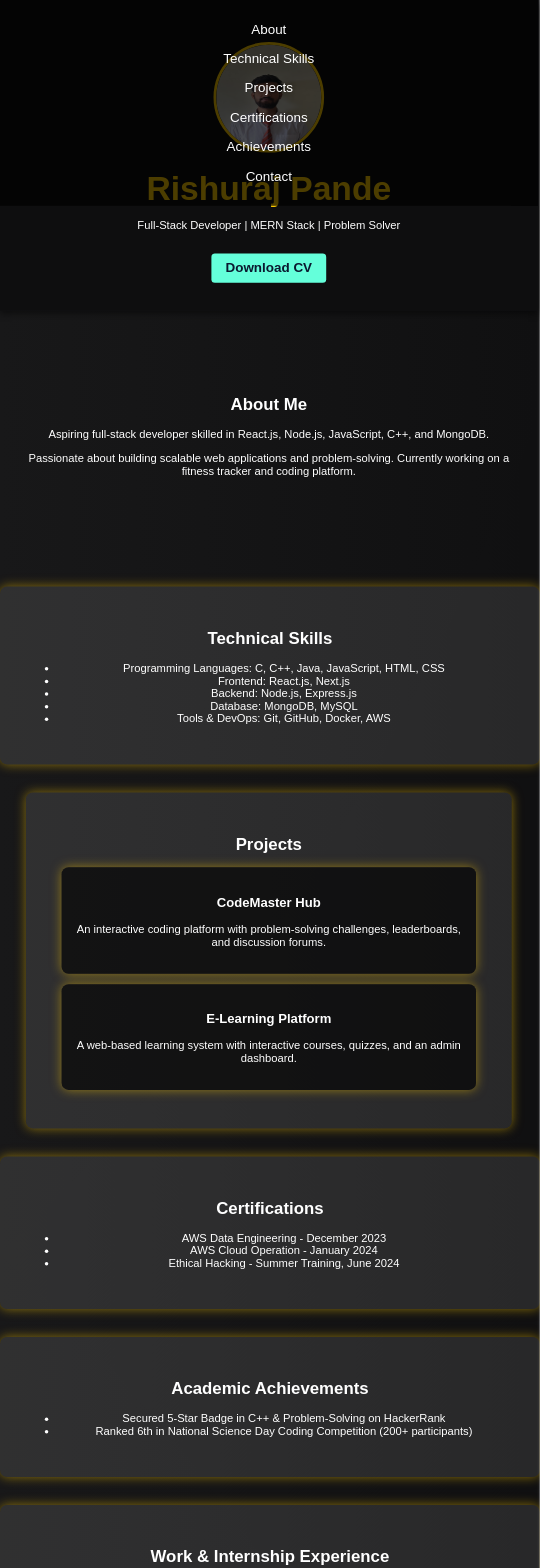
Repository: Rishuraj-Pandey/portfolio
Page: index.html
An editor plug-in stored every save of this project. The page is shown before and after the next save, followed by the edit.
The browser window is 768 px wide. The page is 771 px wide, then 768 px, then 771 px, so the pictures cover 771 px, including what lies to the right of the window. The pictures show the part of the page from y = 0 to 2240 px (the page is 2866 px tall), at 70% of full size.

Above is the page before, as saved 2025-03-22 01:32:35.

### index.html
<!DOCTYPE html>
<html lang="en">
<head>
    <meta charset="UTF-8">
    <meta name="viewport" content="width=device-width, initial-scale=1.0">
    <title>Pande Rishuraj Manoj - Portfolio</title>
    <link rel="stylesheet" href="style.css">
</head>
<body>
    <header>
        <img src="profile.jpg.jpg" alt="Profile Picture" class="profile-pic">
        <h1> Rishuraj Pande</h1>
        <p>Full-Stack Developer | MERN Stack | Problem Solver</p>
        <a href="resume.pdf" download class="download-cv">Download CV</a>
    </header>

    <nav>
        <ul>
            <li><a href="#about">About</a></li>
            <li><a href="#tech">Technical Skills</a></li>
            <li><a href="#projects">Projects</a></li>
            <li><a href="#certifications">Certifications</a></li>
            <li><a href="#achievements">Achievements</a></li>
            <li><a href="#contact">Contact</a></li>
        </ul>
    </nav>

    <section class="about" id="about">
        <h2>About Me</h2>
        <p>Aspiring full-stack developer skilled in React.js, Node.js, JavaScript, C++, and MongoDB.</p>
        <p>Passionate about building scalable web applications and problem-solving. Currently working on a fitness tracker and coding platform.</p>
    </section>

    <section class="tech" id="tech">
        <h2>Technical Skills</h2>
        <ul>
            <li>Programming Languages: C, C++, Java, JavaScript, HTML, CSS</li>
            <li>Frontend: React.js, Next.js</li>
            <li>Backend: Node.js, Express.js</li>
            <li>Database: MongoDB, MySQL</li>
            <li>Tools & DevOps: Git, GitHub, Docker, AWS</li>
        </ul>
    </section>

    <section class="projects" id="projects">
        <h2>Projects</h2>
        <div class="project-card">
            <h3>CodeMaster Hub</h3>
            <p>An interactive coding platform with problem-solving challenges, leaderboards, and discussion forums.</p>
        </div>
        <div class="project-card">
            <h3>E-Learning Platform</h3>
            <p>A web-based learning system with interactive courses, quizzes, and an admin dashboard.</p>
        </div>
    </section>

    <section class="certifications" id="certifications">
        <h2>Certifications</h2>
        <ul>
            <li>AWS Data Engineering - December 2023</li>
            <li>AWS Cloud Operation - January 2024</li>
            <li>Ethical Hacking - Summer Training, June 2024</li>
        </ul>
    </section>

    <section class="achievements" id="achievements">
        <h2>Academic Achievements</h2>
        <ul>
            <li>Secured 5-Star Badge in C++ & Problem-Solving on HackerRank</li>
            <li>Ranked 6th in National Science Day Coding Competition (200+ participants)</li>
        </ul>
    </section>

    <section class="experience" id="experience">
        <h2>Work & Internship Experience</h2>
        <p>Currently working on full-stack development projects and open-source contributions.</p>
        <p>Previously completed a summer internship in Ethical Hacking.</p>
    </section>

    <section class="contact" id="contact">
        <h2>Contact</h2>
        <p>Email: <a href="mailto:rishurajpande@gmail.com">rishurajpande@gmail.com</a></p>
        <p>LinkedIn: <a href="https://www.linkedin.com/in/rishuraj-pandey-08a9012b0/" target="_blank">linkedin.com/in/rishuraj-pandey</a></p>
        <p>GitHub: <a href="https://github.com/rishurajpande" target="_blank">github.com/rishurajpande</a></p>
    </section>

    <footer>
        <p>&copy; 2025 Pande Rishuraj Manoj. All Rights Reserved.</p>
    </footer>
</body>
</html>

### style.css
body {
    font-family: 'Poppins', sans-serif;
    margin: 0;
    padding: 0;
    background: linear-gradient(to right, #181819, #101011);
    color: white;
    text-align: center;
    scroll-behavior: smooth;
}

header {
    background: rgba(14, 14, 15, 0.9);
    padding: 40px 20px;
    box-shadow: 0px 4px 10px rgba(0, 0, 0, 0.5);
}

h1 {
    margin: 0;
    font-size: 3em;
    color: #ffcc00;
}

.profile-pic {
    width: 150px;
    height: 150px;
    border-radius: 50%;
    margin: 20px 0;
    border: 4px solid #ffcc00;
}

nav {
    background: rgba(0, 0, 0, 0.7);
    position: fixed;
    top: 0;
    width: 100%;
    padding: 15px 0;
    z-index: 1000;
    transition: all 0.3s;
}

nav ul {
    list-style: none;
    padding: 0;
    display: flex;
    justify-content: center;
    gap: 20px;
}
.download-cv {
    display: inline-block;
    margin-top: 15px;
    padding: 10px 20px;
    font-size: 1.2em;
    color: #0a192f;
    background: #64ffda;
    border-radius: 5px;
    text-decoration: none;
    font-weight: bold;
    transition: background 0.3s ease-in-out;
}
nav ul li {
    display: inline;
}

nav ul li a {
    color: white;
    text-decoration: none;
    padding: 10px 15px;
    font-size: 1.2em;
    transition: color 0.3s, transform 0.2s;
}

nav ul li a:hover {
    color: #ffcc00;
    transform: scale(1.1);
}

section {
    padding: 100px 20px;
}

.tech, .certifications, .achievements, .projects, .experience {
    background: rgba(255, 255, 255, 0.1);
    padding: 40px;
    border-radius: 10px;
    margin: 40px auto;
    width: 80%;
    box-shadow: 0px 0px 15px rgba(255, 204, 0, 0.5);
    animation: fadeIn 1.2s ease-in-out;
}

.project-card {
    background-color: rgba(0, 0, 0, 0.6);
    padding: 20px;
    margin: 15px auto;
    width: 60%;
    border-radius: 10px;
    box-shadow: 0px 0px 15px rgba(255, 204, 0, 0.5);
    transition: transform 0.3s, box-shadow 0.3s;
}

.project-card:hover {
    transform: scale(1.05);
    box-shadow: 0px 0px 25px rgba(255, 204, 0, 0.8);
}

.contact a {
    color: #ffcc00;
    text-decoration: none;
    font-weight: bold;
}

.contact a:hover {
    text-decoration: underline;
    color: #ff6600;
}

footer {
    background: rgba(0, 0, 0, 0.8);
    padding: 20px;
    font-size: 1em;
}

@keyframes fadeIn {
    from { opacity: 0; }
    to { opacity: 1; }
}

@media (max-width: 768px) {
    nav ul {
        flex-direction: column;
        text-align: center;
    }
    .project-card, .tech, .certifications, .achievements, .experience {
        width: 90%;
    }
}

After the next save:
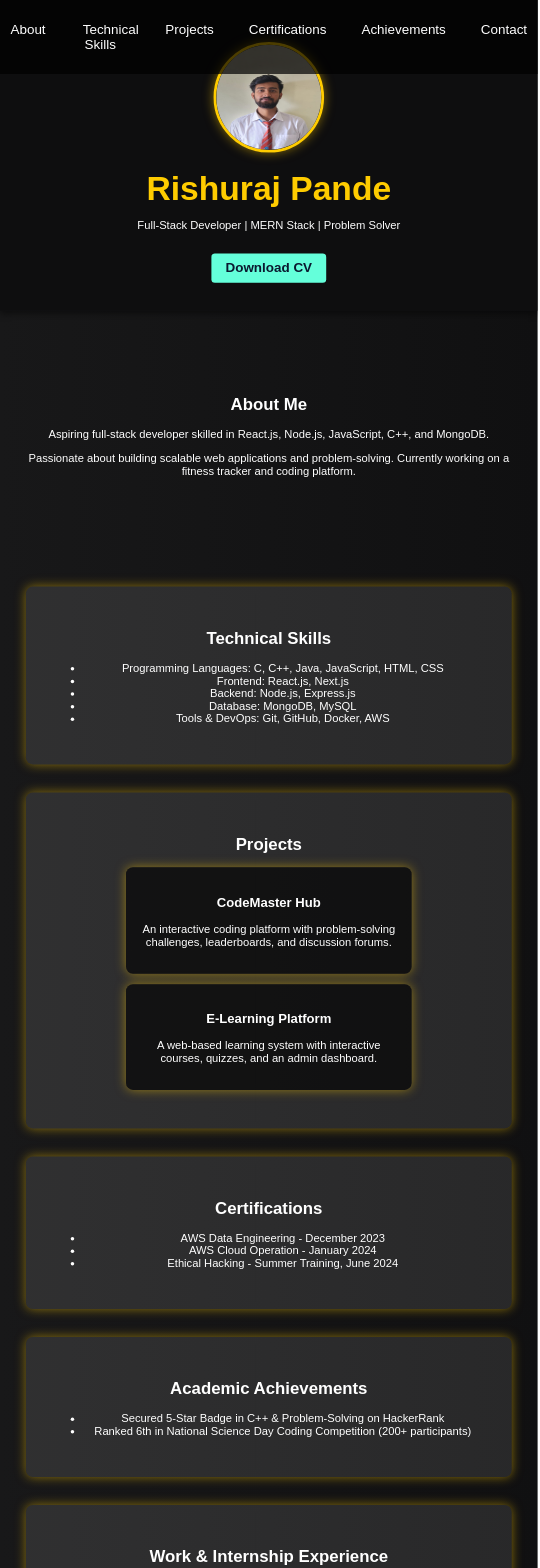
Saved 116 s later.
--- a/style.css
+++ b/style.css
@@ -12,12 +12,14 @@
     background: rgba(14, 14, 15, 0.9);
     padding: 40px 20px;
     box-shadow: 0px 4px 10px rgba(0, 0, 0, 0.5);
+    position: relative;
 }
 
 h1 {
     margin: 0;
     font-size: 3em;
     color: #ffcc00;
+    animation: fadeInDown 1s ease-in-out;
 }
 
 .profile-pic {
@@ -26,6 +28,8 @@
     border-radius: 50%;
     margin: 20px 0;
     border: 4px solid #ffcc00;
+    box-shadow: 0 0 15px rgba(255, 204, 0, 0.5);
+    animation: fadeIn 1s ease-in-out;
 }
 
 nav {
@@ -45,6 +49,7 @@
     justify-content: center;
     gap: 20px;
 }
+
 .download-cv {
     display: inline-block;
     margin-top: 15px;
@@ -55,8 +60,14 @@
     border-radius: 5px;
     text-decoration: none;
     font-weight: bold;
-    transition: background 0.3s ease-in-out;
+    transition: background 0.3s ease-in-out, transform 0.3s;
 }
+
+.download-cv:hover {
+    background: #50e0c8;
+    transform: translateY(-2px);
+}
+
 nav ul li {
     display: inline;
 }
@@ -85,7 +96,7 @@
     margin: 40px auto;
     width: 80%;
     box-shadow: 0px 0px 15px rgba(255, 204, 0, 0.5);
-    animation: fadeIn 1.2s ease-in-out;
+    animation: fadeInUp 1.2s ease-in-out;
 }
 
 .project-card {
@@ -107,6 +118,7 @@
     color: #ffcc00;
     text-decoration: none;
     font-weight: bold;
+    transition: color 0.3s;
 }
 
 .contact a:hover {
@@ -125,12 +137,11 @@
     to { opacity: 1; }
 }
 
-@media (max-width: 768px) {
-    nav ul {
-        flex-direction: column;
-        text-align: center;
+@keyframes fadeInDown {
+    from {
+        opacity: 0;
+        transform: translateY(-20px);
     }
-    .project-card, .tech, .certifications, .achievements, .experience {
-        width: 90%;
-    }
-}
+    to {
+        opacity: 1;
+        transform: translate

After the save that followed:
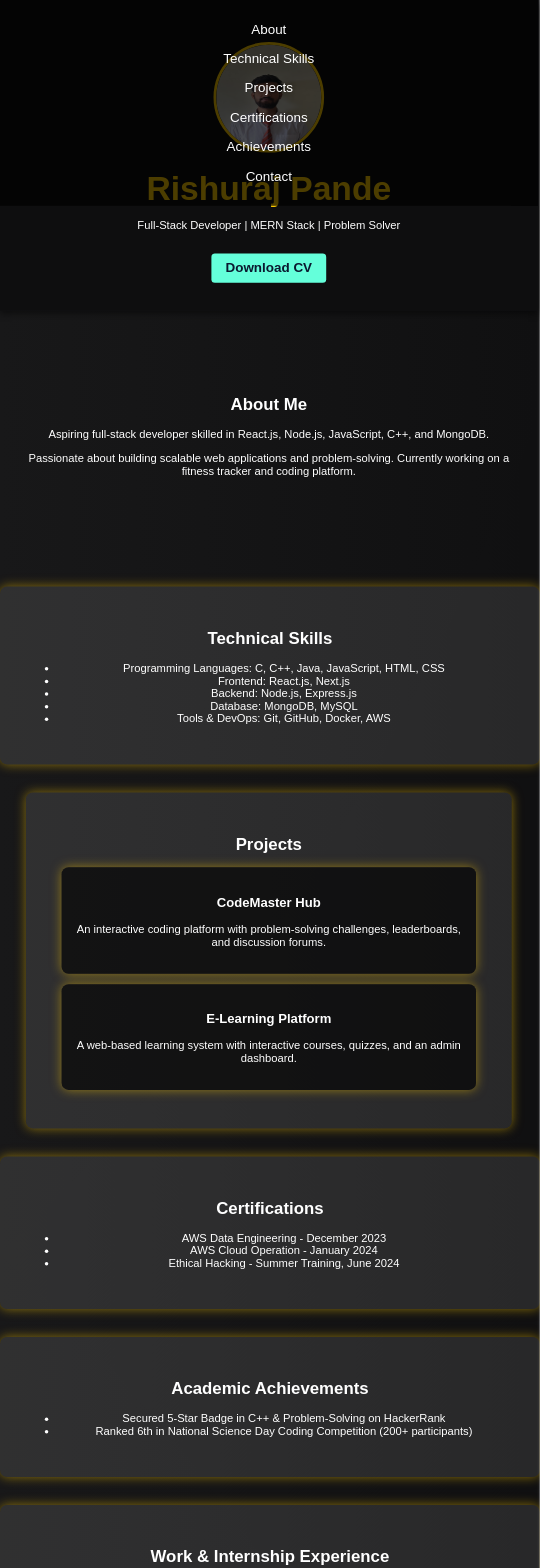
Saved 15 s later.
--- a/style.css
+++ b/style.css
@@ -12,14 +12,12 @@
     background: rgba(14, 14, 15, 0.9);
     padding: 40px 20px;
     box-shadow: 0px 4px 10px rgba(0, 0, 0, 0.5);
-    position: relative;
 }
 
 h1 {
     margin: 0;
     font-size: 3em;
     color: #ffcc00;
-    animation: fadeInDown 1s ease-in-out;
 }
 
 .profile-pic {
@@ -28,8 +26,6 @@
     border-radius: 50%;
     margin: 20px 0;
     border: 4px solid #ffcc00;
-    box-shadow: 0 0 15px rgba(255, 204, 0, 0.5);
-    animation: fadeIn 1s ease-in-out;
 }
 
 nav {
@@ -49,7 +45,6 @@
     justify-content: center;
     gap: 20px;
 }
-
 .download-cv {
     display: inline-block;
     margin-top: 15px;
@@ -60,14 +55,8 @@
     border-radius: 5px;
     text-decoration: none;
     font-weight: bold;
-    transition: background 0.3s ease-in-out, transform 0.3s;
+    transition: background 0.3s ease-in-out;
 }
-
-.download-cv:hover {
-    background: #50e0c8;
-    transform: translateY(-2px);
-}
-
 nav ul li {
     display: inline;
 }
@@ -96,7 +85,7 @@
     margin: 40px auto;
     width: 80%;
     box-shadow: 0px 0px 15px rgba(255, 204, 0, 0.5);
-    animation: fadeInUp 1.2s ease-in-out;
+    animation: fadeIn 1.2s ease-in-out;
 }
 
 .project-card {
@@ -118,7 +107,6 @@
     color: #ffcc00;
     text-decoration: none;
     font-weight: bold;
-    transition: color 0.3s;
 }
 
 .contact a:hover {
@@ -137,11 +125,12 @@
     to { opacity: 1; }
 }
 
-@keyframes fadeInDown {
-    from {
-        opacity: 0;
-        transform: translateY(-20px);
+@media (max-width: 768px) {
+    nav ul {
+        flex-direction: column;
+        text-align: center;
     }
-    to {
-        opacity: 1;
-        transform: translate
+    .project-card, .tech, .certifications, .achievements, .experience {
+        width: 90%;
+    }
+}
